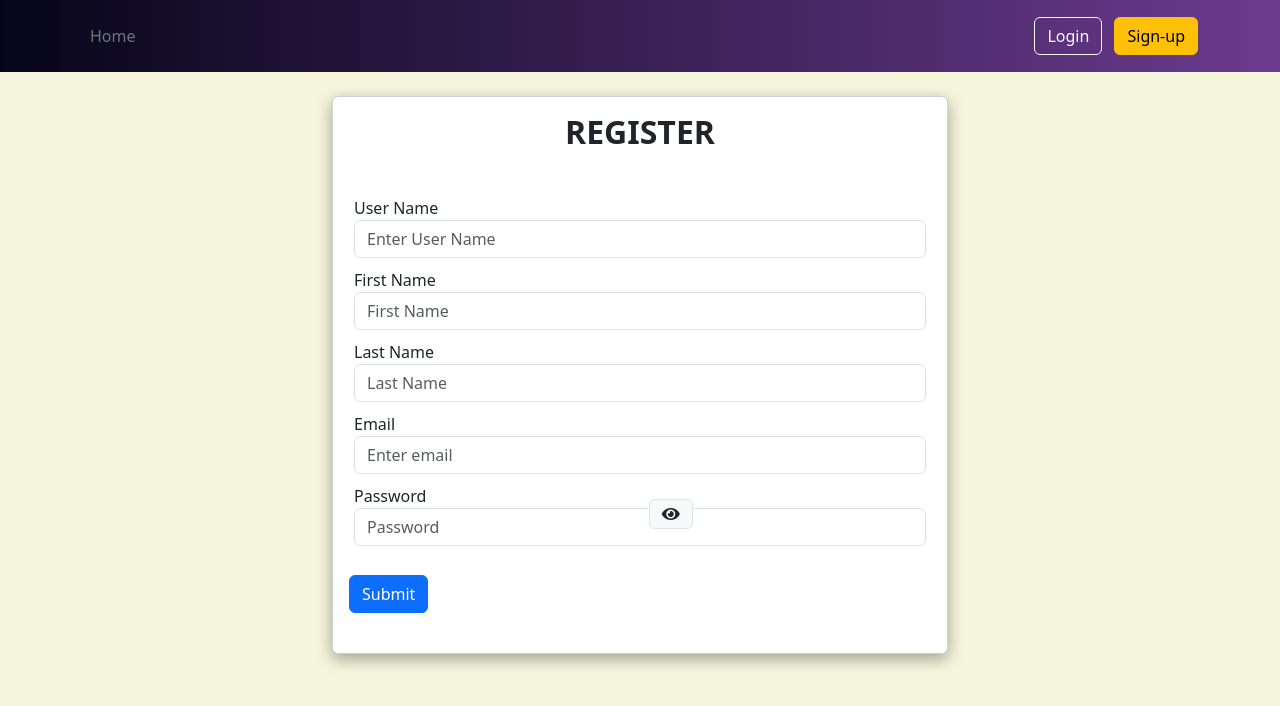
Repository: professorsourabh/php_membership
Page: http://localhost/assignment/
An editor plug-in stored every save of this project. The page is shown before and after the next save, followed by the edit.
The browser window is 1280 px wide. The pictures show the whole page.
Some web libraries are served in a nearby version. The page is run by PHP 8.4 with error messages shown; the project is at /var/www/html/.

Above is the page before, as saved 2023-07-09 15:35:53.

After the next save:
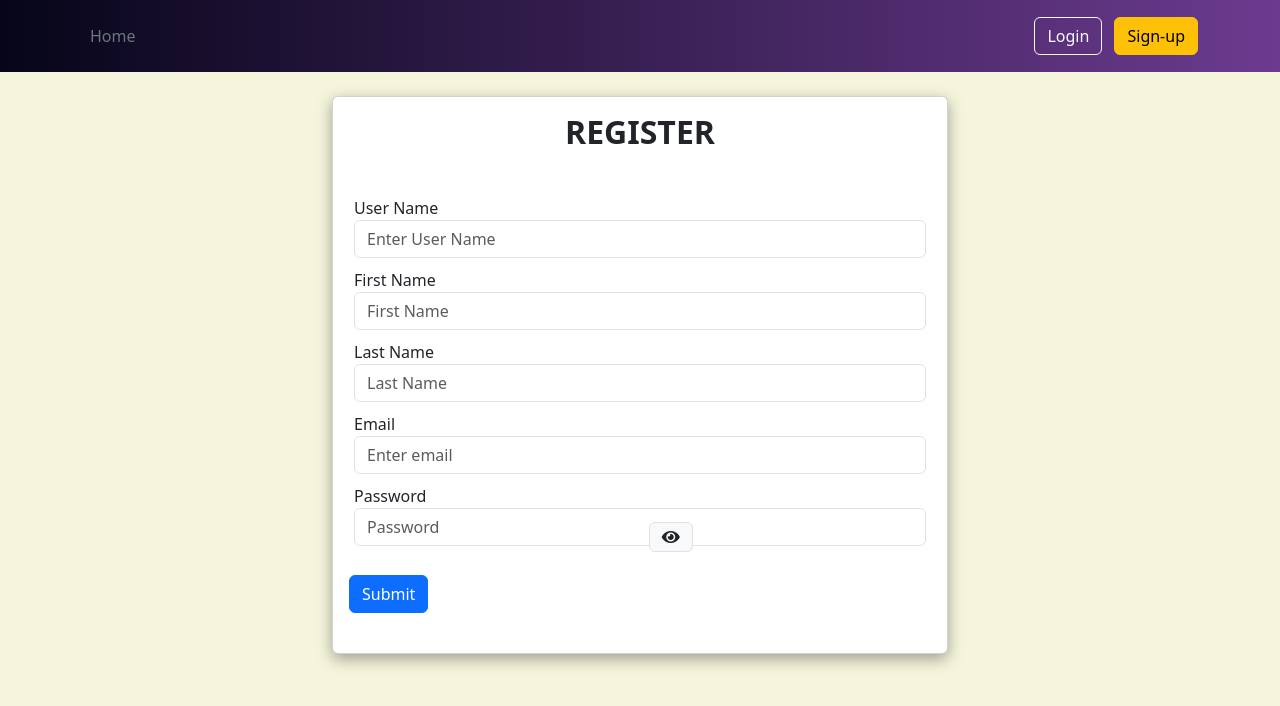
Saved 8 s later.
--- a/index.css
+++ b/index.css
@@ -27,7 +27,7 @@ span.eye-icon {
 
 
     position: absolute;
-    top: 75%;
+    top: 79%;
     left: 55%;
     transform: translate(-50%, -50%);
 }
